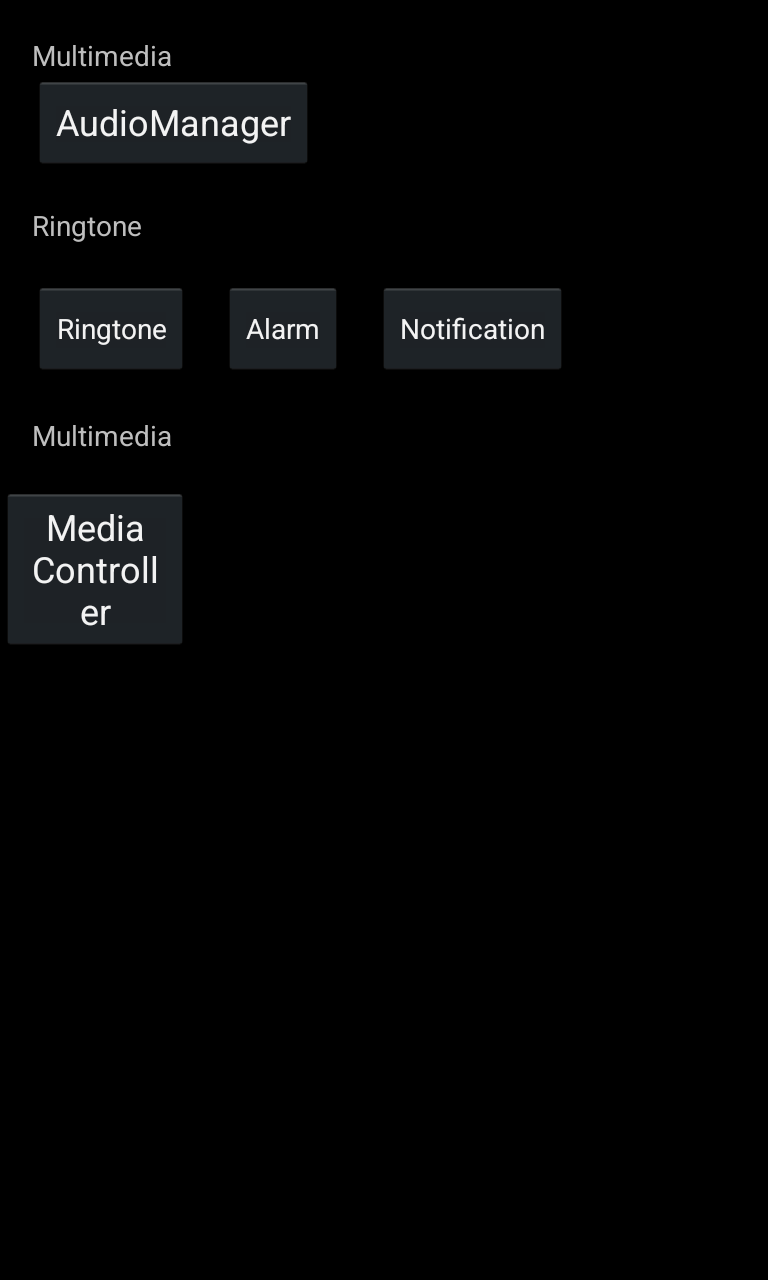
Repository: Amir13/Android_Basic_Steps
Layout: ViewElements5/res/layout/fragment_multimedia.xml
An editor plug-in stored every save of this project. The layout is shown before and after the next save, followed by the edit.
It is drawn on a 768 x 1280 px phone screen (xhdpi) without system bars, with theme android:Theme.Holo; the app's code is not run.

Above is the layout before, as saved 2014-06-15 16:04:22.

### ViewElements5/res/layout/fragment_multimedia.xml
<?xml version="1.0" encoding="utf-8"?>
<RelativeLayout xmlns:android="http://schemas.android.com/apk/res/android"
    android:layout_width="match_parent"
    android:layout_height="match_parent" >

    <TextView
        android:id="@+id/textView1"
        android:layout_width="wrap_content"
        android:layout_height="wrap_content"
        android:layout_alignParentLeft="true"
        android:layout_alignParentTop="true"
        android:layout_marginLeft="16dp"
        android:layout_marginTop="18dp"
        android:text="Multimedia" />

    <Button
        android:id="@+id/btnAudio"
        android:layout_width="wrap_content"
        android:layout_height="wrap_content"
        android:layout_alignLeft="@+id/textView1"
        android:layout_below="@+id/textView1"
        android:text="AudioManager" />

    <TextView
        android:id="@+id/textView2"
        android:layout_width="wrap_content"
        android:layout_height="wrap_content"
        android:layout_alignLeft="@+id/btnAudio"
        android:layout_below="@+id/btnAudio"
        android:layout_marginTop="18dp"
        android:text="@string/ringtone" />

    <Button
        android:id="@+id/btnRingtone"
        style="?android:attr/buttonStyleSmall"
        android:layout_width="wrap_content"
        android:layout_height="wrap_content"
        android:layout_alignLeft="@+id/textView2"
        android:layout_below="@+id/textView2"
        android:layout_marginTop="18dp"
        android:text="@string/ringtone" />

    <Button
        android:id="@+id/btnAlarm"
        style="?android:attr/buttonStyleSmall"
        android:layout_width="wrap_content"
        android:layout_height="wrap_content"
        android:layout_alignBaseline="@+id/btnRingtone"
        android:layout_alignBottom="@+id/btnRingtone"
        android:layout_marginLeft="16dp"
        android:layout_toRightOf="@+id/btnRingtone"
        android:text="Alarm" />

    <Button
        android:id="@+id/btnNotification"
        style="?android:attr/buttonStyleSmall"
        android:layout_width="wrap_content"
        android:layout_height="wrap_content"
        android:layout_alignBaseline="@+id/btnAlarm"
        android:layout_alignBottom="@+id/btnAlarm"
        android:layout_marginLeft="16dp"
        android:layout_toRightOf="@+id/btnAlarm"
        android:text="Notification" />

    <TextView
        android:id="@+id/textView3"
        android:layout_width="wrap_content"
        android:layout_height="wrap_content"
        android:layout_alignLeft="@+id/btnRingtone"
        android:layout_below="@+id/btnRingtone"
        android:layout_marginTop="20dp"
        android:text="Multimedia" />

    <Button
        android:id="@+id/btnVideo"
        android:layout_width="wrap_content"
        android:layout_height="wrap_content"
        android:layout_below="@+id/textView3"
        android:layout_marginTop="16dp"
        android:layout_toLeftOf="@+id/btnAlarm"
        android:text="Media Controller" />

</RelativeLayout>

### ViewElements5/res/values/strings.xml
<?xml version="1.0" encoding="utf-8"?>
<resources>

    <string name="app_name">ViewElements5</string>
    <string name="action_settings">Settings</string>
    <string name="title_section1">Touch &amp; Gestures</string>
    <string name="title_section2">Multimedia</string>
    <string name="title_section3">Section 3</string>
    <string name="title_activity_touch">TouchActivity</string>
    <string name="title_activity_gesture">Gesture Activity</string>
    <string name="title_activity_gesture_builder">Gesture Builder Activity</string>
    <string name="title_activity_audio_manager">AudioManager Activity</string>
    <string name="title_activity_media_controller">MediaController Activity</string>
    <string name="hello_world">Hello world!</string>
    <string name="down_string">Down</string>
    <string name="up_string">Up</string>
    <string name="play_string">Play</string>
    <string name="ringtone">Ringtone</string>

</resources>

After the next save:
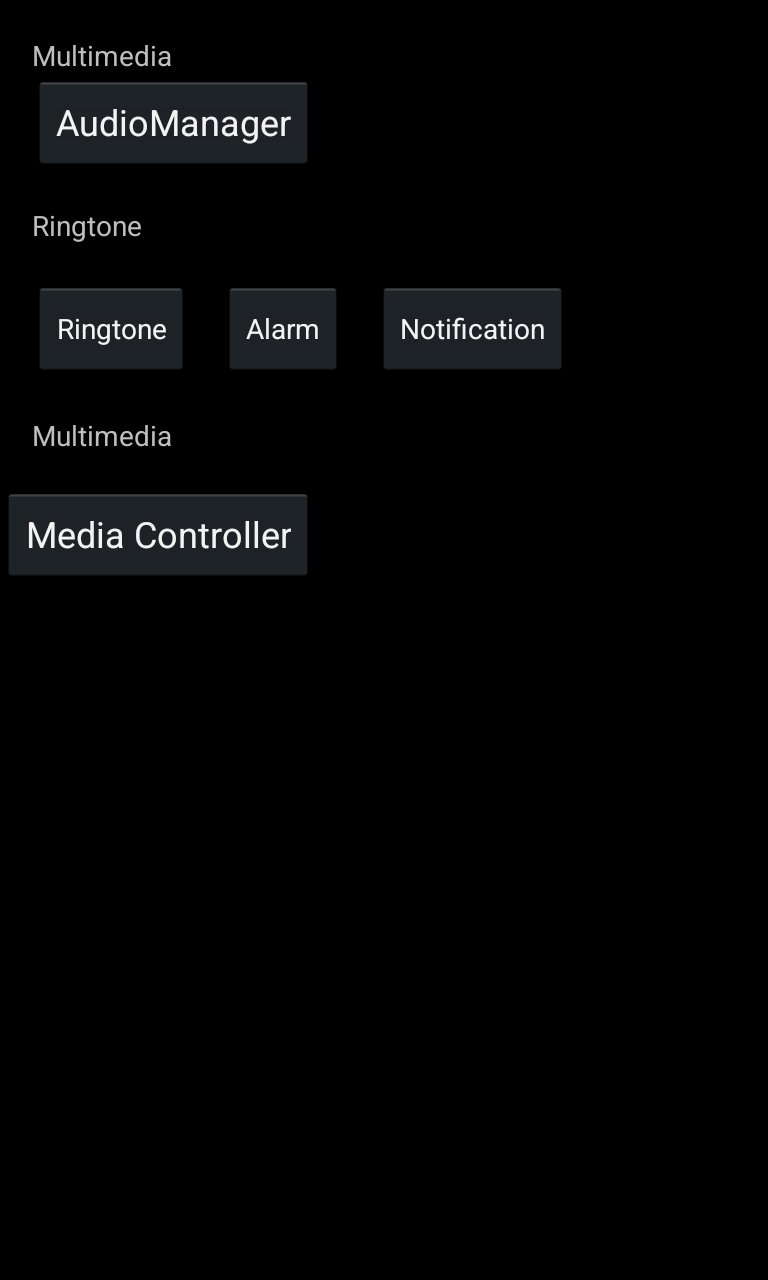
Saved 73 s later.
--- a/ViewElements5/res/layout/fragment_multimedia.xml
+++ b/ViewElements5/res/layout/fragment_multimedia.xml
@@ -75,9 +75,9 @@
         android:id="@+id/btnVideo"
         android:layout_width="wrap_content"
         android:layout_height="wrap_content"
+        android:layout_alignRight="@+id/btnAudio"
         android:layout_below="@+id/textView3"
         android:layout_marginTop="16dp"
-        android:layout_toLeftOf="@+id/btnAlarm"
         android:text="Media Controller" />
 
 </RelativeLayout>
